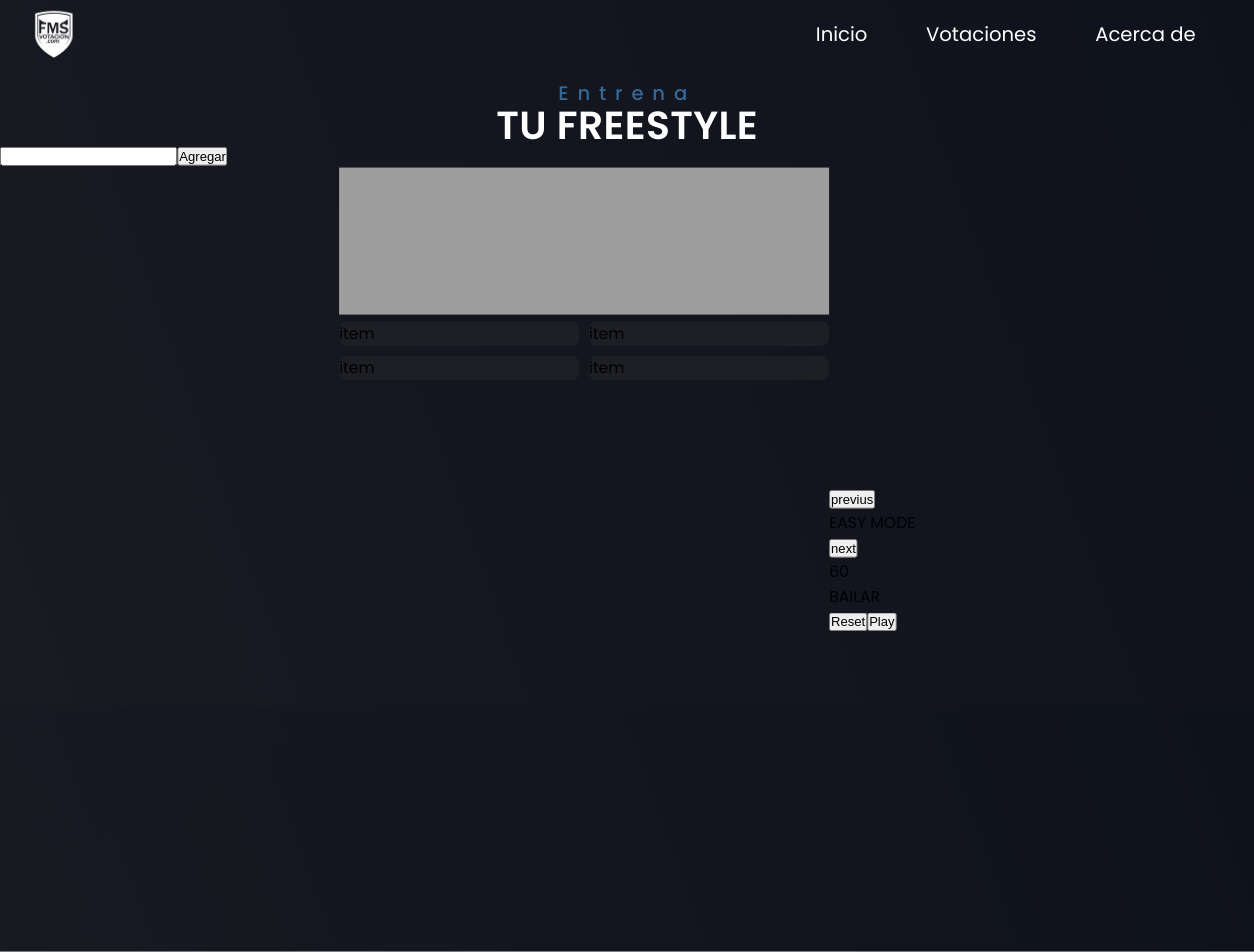
Repository: ezegonzalez912/fmsvotacion2
Page: /practice
An editor plug-in stored every save of this project. The page is shown before and after the next save, followed by the edit.
The browser window is 1280 px wide. The pictures show the whole page, at 98% of full size.
Pictures or frames that could not be fetched are drawn as grey boxes. The page's requests for data from a server got no answer. The project was rebuilt for these pictures with package versions that can differ from the ones it lists, and the page was loaded fresh each time. No one was signed in, and anything a server would have sent is missing. Also part of the build but not shown: src/components/screens/AboutScreen.js, src/components/Error.js, src/components/Apoya.js, src/components/screens/MainScreen.js, src/components/Contexts/CompContext.js, src/helpers/valueCheck.js, src/helpers/valueCheck2.js, src/hooks/useVote.js and 42 more.

Above is the page before, as saved 2021-08-15 00:50:16.

### public/index.html
<!DOCTYPE html>
<html lang="en">
  <head>
    <meta charset="utf-8" />
    <link rel="icon" href="%PUBLIC_URL%/favicon.ico" />
    <meta name="viewport" content="width=device-width, initial-scale=1" />
    <meta name="theme-color" content="#000000" />
    <meta
      name="description"
      content="Vota batallas con formato FMS desde un solo lugar, de manera sencilla, sin la necesesidad de descargar nada.
              COMO VOTAR FMS ARGENTINA CHILE PERU MEXICO COLOMBIA INTERNACIONAL ESPAÑA BNET DESCARGAR COMO VOTAR FMS ONLINE WOS FINAL FMS INTERNACIONAL RED BULL DECIMALES
              2021 2018 FORMATO FMS"
    />
    <link rel="apple-touch-icon" href="%PUBLIC_URL%/logo192.png" />
    <!--
      manifest.json provides metadata used when your web app is installed on a
      user's mobile device or desktop. See https://developers.google.com/web/fundamentals/web-app-manifest/
    -->
    <link rel="manifest" href="%PUBLIC_URL%/manifest.json" />
    <link rel="preconnect" href="https://fonts.googleapis.com">
    <link rel="preconnect" href="https://fonts.gstatic.com" crossorigin>
    <link rel="stylesheet" href="https://cdnjs.cloudflare.com/ajax/libs/animate.css/4.1.1/animate.min.css" />
    <link href="https://fonts.googleapis.com/css2?family=Poppins:wght@100;200;300;400;500;600&display=swap" rel="stylesheet">
    <title>FMS Votación</title>
    <script data-ad-client="ca-pub-5177858250142548" async src="https://pagead2.googlesyndication.com/pagead/js/adsbygoogle.js"></script>
  </head>
  <body>
    <noscript>You need to enable JavaScript to run this app.</noscript>
    <div id="root"></div>
    <!--
      This HTML file is a template.
      If you open it directly in the browser, you will see an empty page.

      You can add webfonts, meta tags, or analytics to this file.
      The build step will place the bundled scripts into the <body> tag.

      To begin the development, run `npm start` or `yarn start`.
      To create a production bundle, use `npm run build` or `yarn build`.
    -->
  </body>
</html>

### src/styles/app.scss
@forward "./settings/main";
@forward "./components/menu";
@forward "./components/mode";
@forward  "./components/subtitles-mode";
@forward "./components/modal";
@forward "./components/navbar";
@forward "./components/screens";
@forward "./components/videoAndVote";
@forward "./components/searchVideo";
@forward "./components/error";
@forward "./components/votedSaveds";
@forward "./components/about";
@forward "./components/apoya";
@forward "./components/practice";
@forward "./settings/settings";

### src/styles/settings/_main.scss
@use "../settings/colors" as c;

body, html{
    background: c.$gradient-primary;
    margin: 0;
    height: auto;
    width: auto;
    box-sizing: border-box;
    font-family: 'Poppins', sans-serif;
}

*{
    margin: 0;
    padding: 0;
    box-sizing: border-box;
}

*::-webkit-scrollbar {
    width: 8px;     /* Tamaño del scroll en vertical */
    height: 8px;    /* Tamaño del scroll en horizontal */
}

*::-webkit-scrollbar-thumb {
    background: rgba(43, 42, 42, 0.267);
    border-radius: 4px;
    box-shadow: 0px 0px 6px rgba(0, 0, 0, 0.315);
}

*::-webkit-scrollbar-track {
    background: c.$dark-primary;
    box-shadow: 0px 0px 6px rgba(0, 0, 0, 0.158);
}

*{
    scroll-behavior: smooth;
}

@media (max-width:280px){
    body, html{
        background: c.$dark-primary;
    }
}

### src/styles/settings/_colors.scss
$primary: #346899;
$secundary: #244463;
// $dark-primary: #1a1a1b;
// $dark-secundary: #242425;
$border: rgba(255, 255, 255, 0.5);
//$gradient-primary: linear-gradient(250.3deg, rgb(24, 24, 24), #242425);
$gradient-primary: linear-gradient(250.3deg, #0E121C, #191A22);
$dark-primary: #16181f;
$dark-secundary: #1d1f25;

### src/styles/settings/_mixins.scss
@use "../settings/colors" as c;

@mixin center($direction) {
    align-items: center;
    display: flex;
    flex-direction: $direction;
    justify-content: center;
}

@mixin input {
    border-style: none;
    outline: none;
    color: white;
    border-radius: 8px;
    font-size: 18px;
    font-weight: 600;
    text-align: center;
    width: 27px;
    height: 27px;
}

@mixin inputNormal {
    border-style: none;
    outline: none;
    cursor: pointer;
    border-radius: 8px;
    font-size: 14px;
    transition: .2s;
}

### src/styles/components/_mode.scss
@use "../settings/colors" as c;
@use "../settings/mixins" as m;

.mode__main{
    display: flex;
    justify-content: space-evenly;
    align-items: center;
    width: 100%;
    height: auto;
    box-sizing: border-box;
    p{
        width: 12%;
        margin: 0;
    }
}

.mode__name{
    @include m.inputNormal;
    cursor: text;
    padding: 3px 0;
    text-align: center;
    background-color: c.$dark-secundary;
    border: 1px solid c.$border;
    color: white;
    width: 17%;
    margin: 0;
    &:focus{
        border: 1px solid c.$primary;
    }
}

.mode__input{
    @include m.input;
    margin: 0 3px;
    background-color: c.$dark-secundary;
}

.mode__input2{
    @include m.input;
    margin: 0 3px 0 10px;
    background-color: c.$dark-secundary;
}

.mode__inputRes{
    @include m.center(column);
}

.mode__checkbox{
    height: 15px;
    margin: 3px 0 0 0;
    color: red;
}

.mode__total{
    @include m.input;
    background-color: c.$dark-secundary;
    color: white;
    margin-left: 10px;
    font-size: 13px;
    width: 35px;
}

.mode__res{
    @include m.center(row)
}

.mode__resultado{
    @include m.center(row);
    justify-content: space-evenly;
    width: 100%;
    p{
        margin: 0 0 5px 0;
    }
    div {
        @include m.center(column);
    }
}

.mode__resultado-subtitle{
    margin: 0;
    color: c.$primary;
    font-weight: 600;
    letter-spacing: .45px;
}

### src/styles/components/_subtitles-mode.scss
@mixin default($padding) {
    display:flex;
    justify-content: flex-end;
    width: 100%;
    text-align: right;
    padding-right: $padding;
    p{
        font-size: 10px;
        font-weight: 300;
        margin-top: 0;
        margin-bottom: 0;
    }
}

.subtitle_4{
    margin-left: 7px;
}
.subtitle_3{
    margin-left: 5px;
}
.subtitle_2{
    margin-left: 4px;
}

.menu__easy-subtitle{
    @include default(72px);
}

.menu__hard-subtitle{
    @include default(83px);
}

.menu__tematica-subtitle{
    @include default(104px);
}

.menu__random-subtitle{
    @include default(60px);
}

.menu__sangre-subtitle{
    @include default(82px);
}

.menu__deluxe-subtitle{
    @include default(22px);
}

### src/styles/components/_modal.scss
@use "../settings/colors" as c;
@use "../settings/mixins" as m;

.modal__main{
    display: none;
    top: 0;
    left: 0;
    position: fixed;
    height: 100%;
    width: 100%;
    background-color: rgba(16, 16, 22, 0.664);
    z-index: 999;
    text-align: center
}

.modal__main-open{
    @include m.center(column);
}

.modal__container{
    @include m.center(column);
    background-color: c.$dark-primary;
    border: 1px solid c.$border;
    border-radius: 8px;
    color: white;
    padding: 20px;
    width: 300px;
    p{
        margin: 0 10px 20px 10px;
    }
    label{
        font-size: 13px;
        display: flex;
        width: 100%;
        padding-left: 10px;
    }
}

@mixin button{
    @include m.inputNormal;
    padding: 8px;
    color: white;
    border: 1px solid c.$border;
    margin: 0 5px;
    background-color: c.$dark-secundary;
}

.modal__button{
    @include button;
    &:hover{
        background-color: c.$primary;
    }
}

.modal__input{
    @include m.inputNormal;
    border: 1px solid c.$border;
    background-color: c.$dark-primary;
    padding: 10px;
    color: white;
    width: 100%;
    margin-bottom: 10px;
    box-sizing: border-box;
    cursor: text;
    &:focus{
        border: 1px solid c.$primary;
    }
}

@media (max-width:300px){
    .modal__container{
        width: 95%;
    }
}

### src/styles/components/_navbar.scss
@use "../settings/colors" as c;
@use "../settings/mixins" as m;

.navBar__cotainer{
    @include m.center(row);
    position: absolute;
    top: 0;
    justify-content: space-between;
    box-sizing: border-box;
    padding: 10px 30px;
    height: 70px;
    width: 100%;
    min-width: 280px;
    box-sizing: border-box;
    z-index: 800;
    a{
        height: 100%;
        z-index: 900;
        img{
            z-index: 900;
            height: 100%;
        }
    }
    .navBar__text{
        a{
            font-size: 20px;
            text-decoration: none;
            color: white;
            padding: 5px 30px;
            transition: .2s;
            &:hover{
                color: c.$primary;
            }
        }
    }
}

.navBar__menu{
    display: none;
    justify-content: center;
    align-items: center;
    z-index: 500;
    height: 50px;
    width: 50px;
    border-radius: 50px;
    transition: .2s;
    &:hover{
      background: c.$primary;
    }
    svg{
        font-size: 35px;
        color: white;
        cursor: pointer;
    }
}

.navBar__menu-list{
    display: none;
    z-index: 400;
    background: c.$dark-secundary;
    box-shadow: 0px 0px 6px rgba(0, 0, 0, 0.315);
    position: absolute;
    top: 0;
    right: 0;
    flex-direction: column;
    box-sizing: border-box;
    width: 100%;
    justify-content: flex-start;
    align-items: center;
    padding-top: 70px;
    a{
        width: 100%;
        text-align: center;
        text-decoration: none;
        color: white;
        padding: 15px 0;
        border-bottom: 1px solid c.$dark-primary;
        transition: .2s;
        &:hover{
            background: c.$dark-primary;
        }
    }
}

@media (max-width:900px){
    .navBar__menu{
        display: flex;
    }
    .navBar__menu-list{
        display: flex;
    }
    .navBar__text{
        display: none;
    }
    .navBar__cotainer{
        padding: 10px 20px;
    }
}
@media (max-width:700px){
    .navBar__cotainer{
        padding: 10px 15px;
    }
}
@media (max-width:600px){
    .navBar__cotainer{
        padding: 10px 10px;
    }
}
@media (max-width:500px){
    .navBar__cotainer{
        padding: 10px 5px;
    }
}

### src/styles/components/_screens.scss
@use "../settings/colors" as c;
@use "../settings/mixins" as m;

.screen__main{
    box-sizing: border-box;
    min-height: 600px;
    min-width: 280px;
    height: 100vh;
    width: 100%;
}

.screen__vote{
    margin-top: 70px;
    width: 100%;
    display: flex;
    justify-content:center;
    align-items: center;
    height: 100vh;
    min-height: 400px;
    min-width: 280px;
}

.vote-window__screen{
    @include m.center(column);
    height: 100vh;
    width: 100%;
}

.about__screen{
    position: relative;
    width: 100%;
    min-height: 100vh;
    height: auto;
    min-width: 280px;
}

.vote-saved__screen{
    min-width: 280px;
    height: auto;
    width: 100%;
    padding-top: 100px;
    padding-bottom: 130px;
    box-sizing: border-box;
    min-height: 100vh;
    @include m.center(column);
    justify-content: flex-start;
    gap: 50px;
    position: relative;
}

.screen__practice{
    padding-top: 80px;
    height: 100vh;
    width: 100%;
}

### src/styles/components/_videoAndVote.scss
@use "../settings/colors" as c;
@use "../settings/mixins" as m;

.videoAndVote__main{
    width: 100%;
    height: 100vh;
    display: flex;
    flex-direction: column;
    justify-content: center;
    align-items: center;
    gap: 5px;
    padding: 5px;
}

.video-player{
    width: 100%;
    height: 100%;
    iframe{
        border-radius: 8px;
    }
}

@media (max-width: 738px){
    .videoAndVote__main{
        padding: 0;
    }
    .video-player{
        iframe{
            border-radius: 0;
        }
    }
    .vote-app__scroll{
        box-sizing: border-box;
        width: 100%;
        overflow-x: scroll;
        overflow-y: hidden;
        min-height: 195px;
        display: flex;
        align-items: flex-start;
        padding: 0 5px;
    }
}

### src/styles/components/_searchVideo.scss
@use "../settings/colors" as c;
@use "../settings/mixins" as m;

.searchVideo__main{
    position: relative;
    @include m.center(column);
    height: 100%;
}

.searchVideo__title{
    @include m.center(column);
    color: white;
    p{
        color: c.$primary;
        font-size: 20px;
        letter-spacing: 0.45em;
    }
    h2{
        letter-spacing: 0.010em;
        font-size: 40px;
        font-weight: 600;
        text-align: center;
        line-height: 110%;
        margin-bottom: 10px;
    }
}

.searchVideo__form{
    display: none;
    border-radius: 20px;
    z-index: 200;
    @include m.center(row);
    box-shadow: 0px 0px 6px rgba(0, 0, 0, 0.315);
    input{
        @include m.inputNormal;
        border-radius: 20px 0 0 20px;
        width: 450px;
        padding: 0 10px;
        height: 40px;
        color: c.$dark-secundary;
        cursor: text;
        background: c.$primary;
        &::placeholder{
            letter-spacing: 0.6px;
            color: c.$dark-secundary;
            font-size: 15px;
        }
    }
    button{
        @include m.inputNormal;
        @include m.center(row);
        background: c.$primary;
        border-left: 1px solid c.$dark-secundary;
        border-radius: 0 20px 20px 0;
        padding: 0 15px;
        height: 40px;
        color: c.$dark-secundary;
        &:hover{
            background: c.$secundary;
        }
    }
}

.searchVideo____ventana{
    @include m.center(row);
    cursor: pointer;
    color: c.$secundary;
    transition: .2s;
    p{
        margin-top: 5px;
        text-decoration: underline;
        font-size: 13px;
    }
    svg{
        font-size: 8px;
        margin-left: 2px;
    }
    &:hover{
        color: c.$primary;
    }
}

.curve{
    position: absolute;
    bottom: 0;
    z-index: 100;
    width: 100%;
    svg{
        path{
            fill: c.$primary;
        }
    }
}

@media (max-width:800px){
    .searchVideo__title{
        h2{
            font-size: 32px;
            line-height: 45px;
        }
        p{
            font-size: 17px;
        }
    }
    .searchVideo____ventana{
        display: none;
    }
}

@media (max-width:600px){
    .searchVideo__main{
        padding:0 30px;
    }
    .searchVideo__form{
        width: 100%;
        input{
            width: 100%;
        }
    }
}

@media (max-width:500px){
    .searchVideo__title{
        h2{
            font-size: 25px;
            line-height: 120%;
            margin-bottom: 5px;
        }
        p{
            font-size: 15px;
        }
    }
}
@media (max-width:400px){
    .searchVideo__title{
        h2{
            font-size: 20px;
            margin-bottom: 5px;
        }
        p{
            font-size: 13px;
        }
    }
    .searchVideo__main{
        padding: 0 15px;
    }
}
@media (max-width:300px){
    .searchVideo__main{
        padding:0 5px;
    }
    .searchVideo__title{
        h2{
            font-size: 17px;
            margin: 3px 0 15px 0;
        }
        p{
            font-size: 11px;
        }
    }
}

### src/styles/components/_error.scss
@use "../settings/colors" as c;
@use "../settings/mixins" as m;

.searchVideo__ventana{
    @include m.center(row);
    width: 100%;
}

.error__container{
    z-index: 900;
    @include m.center(row);
    position: absolute;
    width: 390px;
    padding: 5px 10px 10px 10px;
    top: 5vh;
    background: white;
    border-radius: 20px;
    box-shadow: 3px 3px 6px rgba(0, 0, 0, 0.315);
    svg{
        color: rgb(214, 97, 76);
        font-size: 60px;
        margin-right: 10px;
    }
    h2{
        color: c.$primary;
        font-size: 20px;
    }
    p{
        font-size: 14px;
    }
}

@media (max-width:800px){
    .error__container{
        width: 340px;
        padding: 5px 8px 8px 8px;
        svg{
            font-size: 60px;
            margin-right: 10px;
        }
        h2{
            font-size: 16px;
        }
        p{
            font-size: 12px;
        }
    }
}

@media (max-width:390px){
    .error__container{
        width: 90%;
        svg{
            font-size: 50px;
            margin-right: 5px;
        }
        h2{
            font-size: 14px;
        }
        p{
            font-size: 11.5px;
        }
    }
}

### src/styles/components/_about.scss
@use "../settings/colors" as c;
@use "../settings/mixins" as m;

.about__main{
    @include m.center(column);
    align-items: flex-start;
    width: 100%;
    height: 100%;
    padding: 100px;
    padding-bottom: 150px;
    box-sizing: border-box;
    h1{
        color: white;
    }
}

.about__title{
    margin-bottom: 10px;
    h2{
        letter-spacing: 0.010em;
        font-size: 40px;
        font-weight: 600;
        text-align: center;
        line-height: 90%;
        color: white;
    }
    p{
        color: c.$primary;
        font-size: 20px;
        letter-spacing: 0.45em;
        font-weight: 500;
    }
}

.about__info{
    color: white;
    margin-bottom: 20px;
    max-width: 800px;
    h1{
        font-size: 18px;
        font-weight: 500;
    }
    p{
        font-size: 14px;
        font-weight: 300;
        a{
            color: c.$primary;
            &hover{
                color: c.$secundary;
            }
        }
    }
}

@media (max-width:700px){
    .about__main{
        padding-right: 40px;
        padding-left: 40px;
    }
    .about__title{
        h2{
            font-size: 30px;
        }
        p{
            font-size: 17px;
        }
    }
    .about__info{
        h1{
            font-size: 15px;
        }
        p{
            font-size: 13px;
        }
    }
}

@media (max-width:500px){
    .about__main{
        padding-right: 15px;
        padding-left: 15px;
    }
    .about__title{
        h2{
            font-size: 28px;
        }
        p{
            font-size: 15px;
        }
    }
    .about__info{
        h1{
            font-size: 13px;
        }
        p{
            font-size: 11px;
        }
    }
}
@media (max-width:400px){
    .about__main{
        padding-right: 10px;
        padding-left: 10px;
    }
    .about__title{
        h2{
            font-size: 24px;
        }
    }
}

### src/styles/components/_apoya.scss
@use "../settings/colors" as c;
@use "../settings/mixins" as m;

.apoya__main{
    position: absolute;
    background-color: c.$dark-secundary;
    border: 1px solid c.$border;
    border-radius: 8px;
    width: 285px;
    padding: 5px;
    bottom: 10px;
    right: 10px;
    box-shadow: 1px 1px 6px rgba(0, 0, 0, 0.315);
    h1{
        font-size: 14px;
        font-weight: 500;
        color: c.$primary;
    }
    p{
        font-size: 13px;
        padding-right: 10px;
        font-weight: 300;
        color: c.$dark-primary;
        color: white;
        span{
            color: c.$primary;
            text-decoration: underline;
            cursor: pointer;
            &:hover{
                color: c.$secundary;
            }
        }
    }
    z-index: 900;
}

.apoya__title{
    @include m.center(row);
    justify-content: space-between;
    svg{
        cursor: pointer;
        color: white;
        font-size: 15px;
    }
}

### src/styles/components/_practice.scss
@use "../settings/colors" as c;
@use "../settings/mixins" as m;

.practice__main{
    @include m.center(row);
    flex-wrap: wrap;
}

.practice__select-video{
    width: 500px;
    height: 800px;
    iframe{
        width: 100%;
    }
}

.practice__video-list{
    @include m.center(row);
    flex-wrap: wrap;
    gap: 10px 10px;
    justify-content: space-between;
}

.video-list-item{
    background: c.$dark-secundary;
    border-radius: 8px;
    width: 49%;
}

### src/styles/settings/_settings.scss
@use "../settings/colors" as c;

.opacity-0{
    opacity: 0;
}

.dsp-none{
    display: none;
}

.pd-0{
    padding: 0;
}

.cursor-p{
    cursor: pointer;
}

.color-primary{
    color: c.$primary;
}

.f-w800{
    font-weight: 800;
}

.title-ppl{
    letter-spacing: 0.010em;
    font-size: 40px;
    font-weight: 600;
    text-align: center;
    line-height: 90%;
    color: white;
}

.title-scy{
    text-align: center;
    color: c.$primary;
    font-size: 20px;
    letter-spacing: 0.45em;
    font-weight: 500;
}

@media (max-width:800px){
    .title-ppl{
        font-size: 30px
    }
    .title-scy{
        font-size: 15px;
    }
}

Loaded but not shown: src/components/screens/PracticeScreen.js (40 lines, source omitted); src/routers/AppRouter.js (33 lines, source omitted); src/components/NavBar.js (35 lines, source omitted); src/index.js (24 lines, source omitted); src/components/Contexts/StartContext.js (22 lines, source omitted); src/App.js (8 lines, source omitted); src/styles/components/_votedSaveds.scss (245 lines, source omitted); src/styles/components/_menu.scss (183 lines, source omitted)

After the next save:
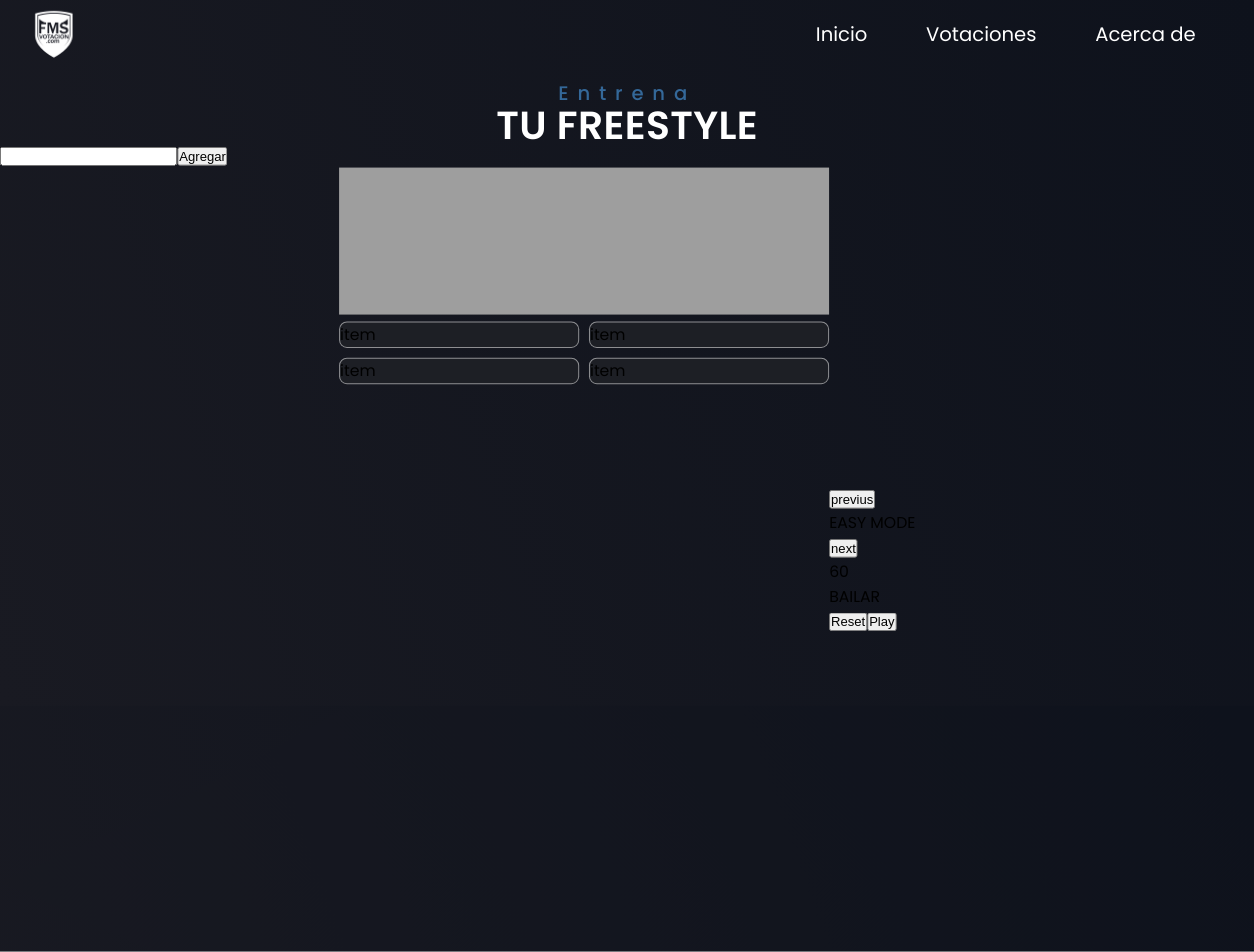
Saved 5 s later.
--- a/src/styles/components/_practice.scss
+++ b/src/styles/components/_practice.scss
@@ -23,6 +23,7 @@
 
 .video-list-item{
     background: c.$dark-secundary;
+    border: 1px solid c.$border;
     border-radius: 8px;
     width: 49%;
 }
